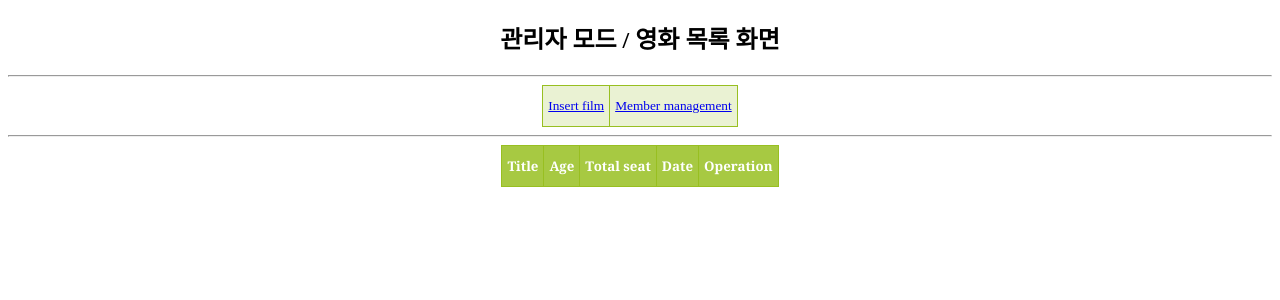
Repository: lmcoa15/Movie
Page: http://localhost/movie/admin/admin_mode.jsp
The author's editor kept a copy of each file at every save. The page is drawn from the files as they stood at one save, then again after the next save.
The browser window is 1280 px wide. The pictures show the whole page.
The page is served by Tomcat 9. Other server files are loaded and not shown.

Above is the page before, as saved 2015-12-07 06:36:29.

### workspace/movie/WebContent/admin/admin_mode.jsp
<%@ page language="java" pageEncoding="UTF-8" contentType="text/html; charset=UTF-8"
 import="java.util.*,movie.admin.*"%>

<jsp:useBean id="datas" scope="request" class="java.util.ArrayList" />
<jsp:setProperty name="datas" property="*" />
<!DOCTYPE html PUBLIC "-//W3C//DTD HTML 4.01 Transitional//EN" "http://www.w3.org/TR/html4/loose.dtd">

<html>
<head>
<link rel="stylesheet" href="../css/movie_list_css.css" type="text/css" media="screen" />
<meta http-equiv="Content-Type" content="text/html; charset=UTF-8">
<title>상영 영화 리스트</title>
</head>
<body>

<div align="center">
<h2> 관리자 모드 / 영화 목록 화면 </h2>
<hr>
<form>
<table border="1">
<tr><td><a href="admin_Insert_film.jsp">Insert film</a> </td>
<td><a href="admin_Member_management.jsp">Member management</a></td></tr>
</table>
</form>

<hr>
<form name=form1 method=post  action=film_control.jsp>


<table border="1">
	<tr><th>Title</th><th>Age</th>
	<th>Total seat</th><th>Date</th>
	<th>Operation</th>
	</tr>

	<%
		//String id
		for(film ab:(ArrayList<film>) datas){
	%>
	<tr>
	<td><%=ab.getName_film() %></td>
	<td><%=ab.getAge_phase() %></td>
	<td><%=ab.getSeat_num() %></td>
	<td><%=ab.getWatch_date() %></td>

	<input type=hidden name="action" value="delete">
 	<td><input type=Submit name="id_film" value="<%=ab.getId_film() %>"></td>

	</tr>
	<%
		}
	%>
</table>
</form>
</div>


</body>
</html>

### workspace/movie/WebContent/css/movie_list_css.css
@charset "utf-8";

table{
		width:auto;
		border-collapse:collapse;
		text-align:center;
}

td,th{
		font-size:10pt;
		border:1px solid #98bf21;
		height:30px;
		padding:5px;
}

th{
		background-color:#A7C942;
		color:#ffffff;
		font-family:Georgia;
}

tr td{
		color:#000000;
		background-color:#EAF2D3;
}
input {
		height:25px;
		width:200px;
}
input [type="submit"],[type="reset"],[type="button"]{
	height:25px;
	width:80px;
}

After the next save:
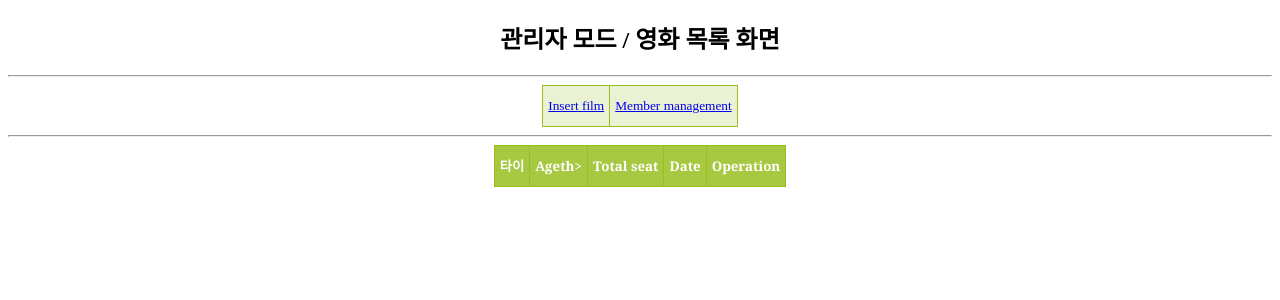
Saved 4 min 56 s later.
--- a/workspace/movie/WebContent/admin/admin_mode.jsp
+++ b/workspace/movie/WebContent/admin/admin_mode.jsp
@@ -28,7 +28,7 @@
 
 
 <table border="1">
-	<tr><th>Title</th><th>Age</th>
+	<tr><th>타이</th><th>Ageth>
 	<th>Total seat</th><th>Date</th>
 	<th>Operation</th>
 	</tr>
